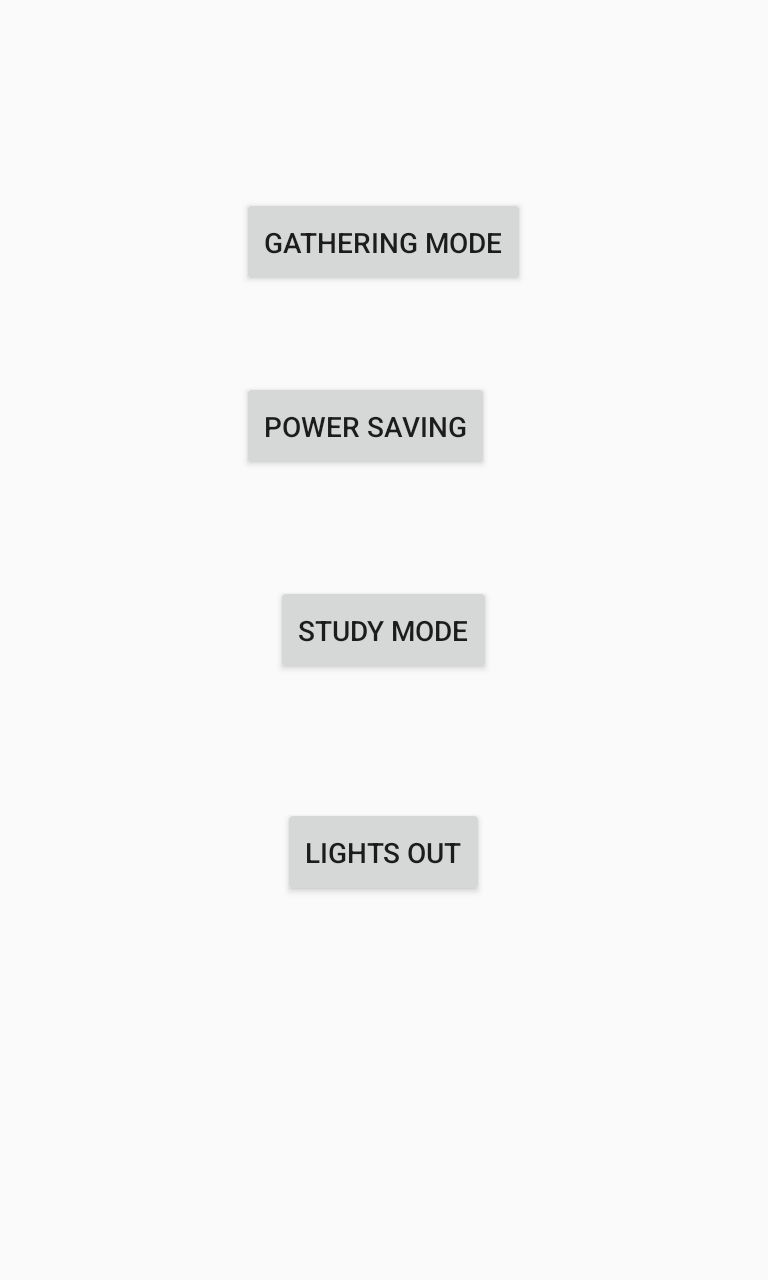
Repository: LogInc/oscar_app
Layout: Android/Oscar/res/layout/activity_modes.xml
These files come from the project's save history. The layout is drawn as it stood at one moment and after the next save; the edit follows.
It is drawn on a 768 x 1280 px phone screen (xhdpi) without system bars, with theme AppTheme; the app's code is not run.

Above is the layout before, as saved 2015-02-19 14:49:59.

After the next save:
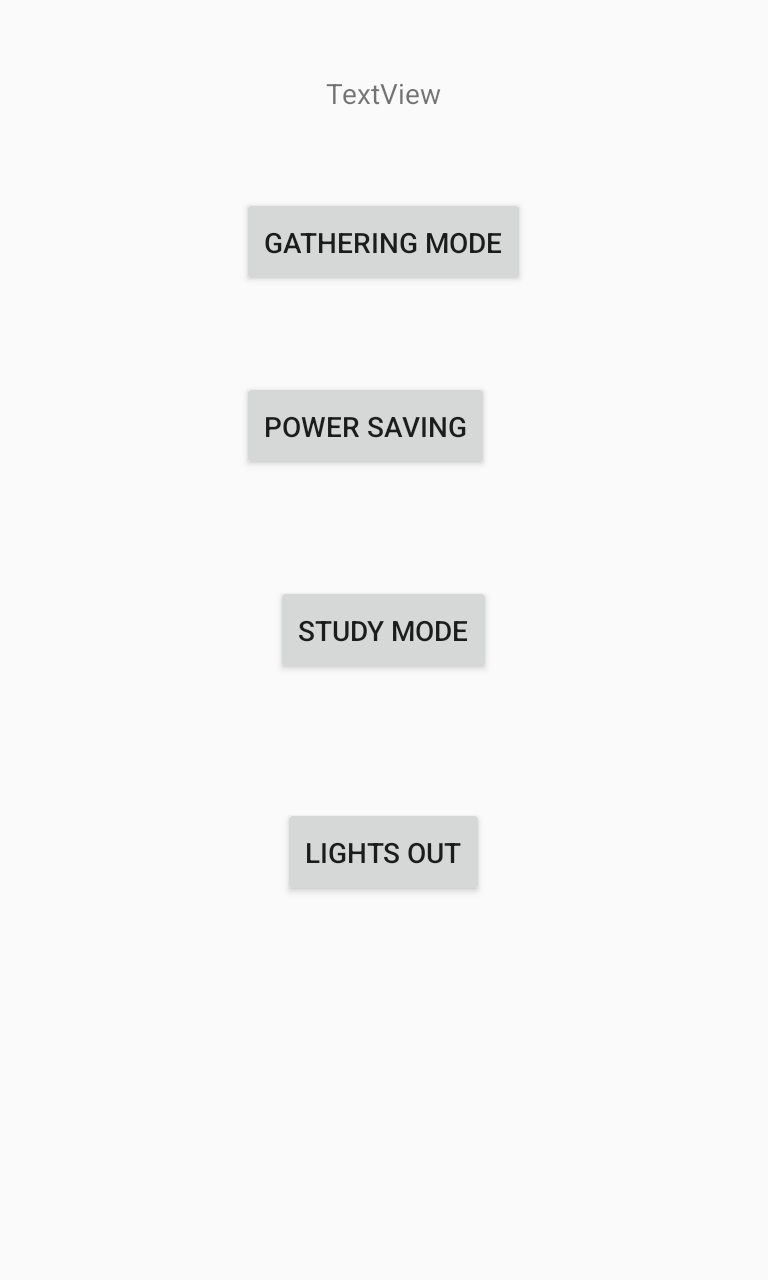
Saved 50 s later.
--- a/Android/Oscar/res/layout/activity_modes.xml
+++ b/Android/Oscar/res/layout/activity_modes.xml
@@ -40,4 +40,13 @@
         android:layout_marginTop="63dp"
         android:text="@string/LightsOut" />
 
+    <TextView
+        android:id="@+id/textView1"
+        android:layout_width="wrap_content"
+        android:layout_height="wrap_content"
+        android:layout_alignParentTop="true"
+        android:layout_centerHorizontal="true"
+        android:layout_marginTop="37dp"
+        android:text="TextView" />
+
 </RelativeLayout>
